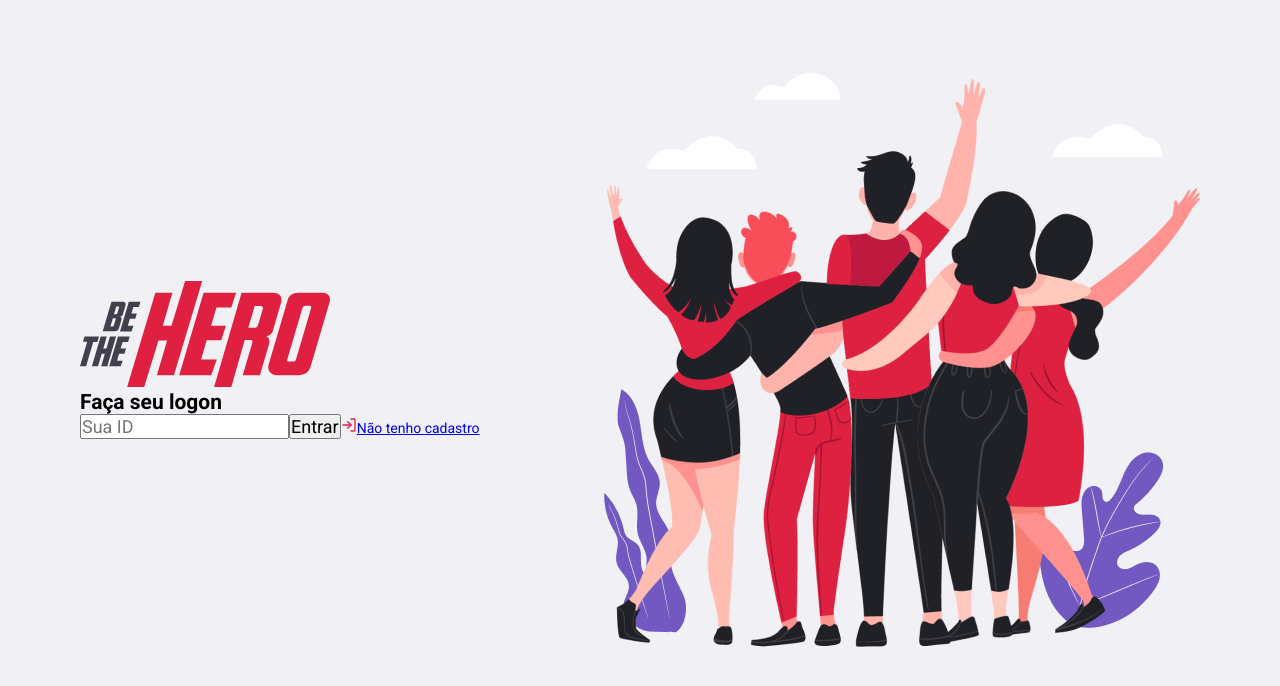
Repository: s7Thiago/semana-omnistack-11.0
Page: / (app in front-end/)
The author's editor kept a copy of each file at every save. The page is drawn from the files as they stood at one save, then again after the next save.
The browser window is 1280 px wide. The pictures show the whole page.
The project was rebuilt for these pictures with package versions that can differ from the ones it lists, and the page was loaded fresh each time.

Above is the page before, as saved 2020-03-26 20:21:10.

After the next save:
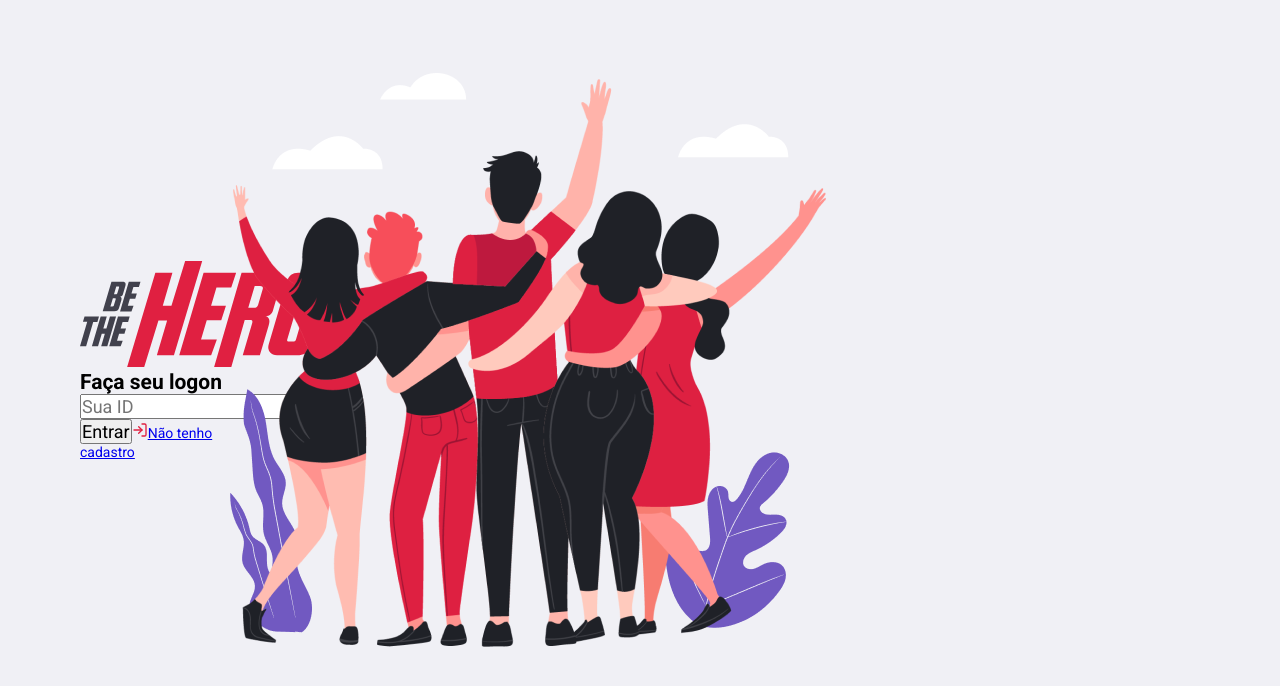
Saved 38 s later.
--- a/front-end/src/pages/Logon/styles.css
+++ b/front-end/src/pages/Logon/styles.css
@@ -10,5 +10,5 @@
 
 .logon-container section.form{
     width: 100%;
-
+    max-width: 150px;
 }
